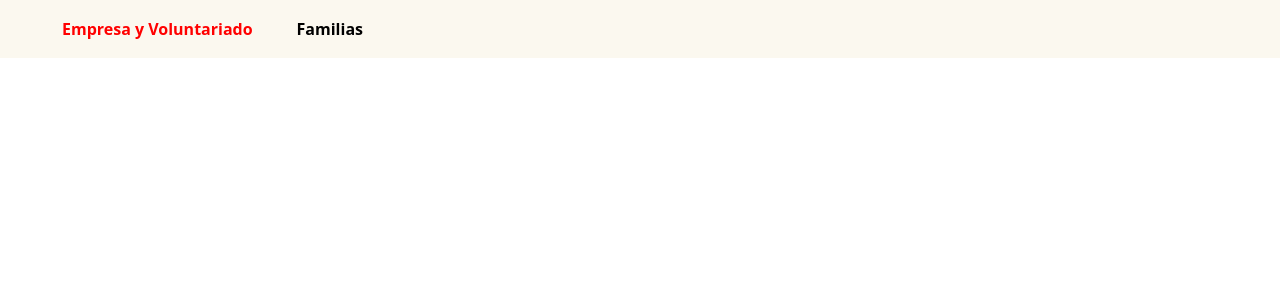
Repository: Synergy-club/reconstruction
Page: /
These files come from the project's save history. The page is drawn as it stood at one moment and after the next save; the edit follows.
The browser window is 1280 px wide. The pictures show the whole page.
The project was rebuilt for these pictures with package versions that can differ from the ones it lists, and the page was loaded fresh each time. Also part of the build but not shown: vite.config.js, src/views/Families/Families.jsx.

Above is the page before, as saved 2024-12-10 02:09:15.

### index.html
<!DOCTYPE html>
<html lang="en">
  <head>
    <meta charset="UTF-8" />
    <link rel="icon" type="image/svg+xml" href="/vite.svg" />
    <meta name="viewport" content="width=device-width, initial-scale=1.0 user-scalable=no" />
    <meta name="description" content="Agrupación de profesionales de primer nivel de los sectores de la logística, arquitectura y construcción unidos para gestionar y coordinar los esfuerzos de reconstrucción tras las inundaciones. Garantizando la trazabilidad y transparencia de las donaciones.
      La emisión de certificados inmediatos de donaciones así como los reconocimientos al voluntariado se harán bajo el paraguas de Fundación Synergy Club internacional, una plataforma abierta que suma acciones de asociaciones y fundaciones. Siempre y todas ellas sin ninguna vinculación política y sin ánimo de lucro.
      Esta iniciativa está abierta a todos los profesionales, voluntarios y héroes vecinales que necesitan o pueden aportar recursos eficientes y de calidad para la reconstrucción.
      Nos apoyamos y promovemos las agrupaciones improvisadas de vecinos de las zonas afectadas por la catástrofe que han reaccionado y son un referente de ayuda inmediata y conocimiento real de las situaciones de sus vecinos."
    />
    <meta name="author" content="Synergy Clubs International" />
    <title>Reconstrucción Valencia</title>
  </head>
  <body>
    <div id="root"></div>
    <script type="module" src="/src/main.jsx"></script>
  </body>
</html>

### src/main.jsx
import { StrictMode } from 'react'
import { createRoot } from 'react-dom/client'
import { BrowserRouter } from 'react-router-dom'
import './assets/global-style/style.css'
import App from './App.jsx'
import { ReducerProvider } from './contexts/ReducerContext.jsx'
import { ReferenceProvider } from './contexts/ReferenceContext.jsx'

createRoot(document.getElementById('root')).render(
  <StrictMode>
    <BrowserRouter>
      <ReducerProvider>
        <ReferenceProvider>
          <App />
        </ReferenceProvider>
      </ReducerProvider>
    </BrowserRouter>
  </StrictMode>
)

### src/assets/global-style/style.css
:root {
  /* BACKGROUND COLOR */
  --sci-bg-dark: #222222;
  --sci-bg-white: #ffffff;
  --sci-primary-blue: #78b3ce;
  --sci-light-blue: #c9e6f0;
  --sci-light-cream: #fbf8ef;
  --sci-accent-orange: #f96e2a;

  /*FONT*/
  --sci-font-main: sans-serif;

  /*COLOR TEXT*/
  --sci-text-dark: #222222;
  --sci-text-white: #ffffff;
  --sci-text-orange: #f96e2a;

  /*SPACING AND ROUNDED*/
  --sci-spacing-xs: 8px;
  --sci-spacing-s: 12px;
  --sci-spacing-m: 16px;
  --sci-spacing-l: 24px;
  --sci-spacing-xl: 48px;

  /*FONT SIZE*/
  --sci-font-size-xs: 12px;
  --sci-font-size-s: 16px;
  --sci-font-size-m: 18px;
  --sci-font-size-l: 22px;
  --sci-font-size-xl: 28px;
}
* {
  margin: 0;
  padding: 0;
  box-sizing: border-box;
  font-family: system-ui, -apple-system, BlinkMacSystemFont, 'Segoe UI', Roboto,
    Oxygen, Ubuntu, Cantarell, 'Open Sans', 'Helvetica Neue', sans-serif;
}

html {
  scroll-behavior: smooth;
}
h1,
h2,
h3,
h4,
h5 {
  font-size: var(--sci-font-size-xl);
}
p,
button,
li {
  font-size: var(--sci-font-size-m);
}

ul {
  list-style-type: disc;
  padding-left: 20px;
}
a {
  text-decoration: none;
}
.button {
  cursor: pointer;
  background: none;
  padding: var(--sci-spacing-xs) var(--sci-spacing-s);
  border: none;
  color:var(--sci-text-dark);
  transition: all 0.2s ease-in;
  display: flex;
  justify-content: center;
  align-items: center;
  gap: 8px;
  font-weight: 600;
}

.button:hover {
  color:var(--sci-text-orange);

}

@keyframes fadeInUp {
  0% {
    opacity: 0;
    transform: translateY(20px);
  }
  100% {
    opacity: 1;
    transform: translateY(0);
  }
}

.fadeIn {
  opacity: 1;
  animation: fadeInUp 0.5s ease-in;
}

@keyframes show {
  from {
    opacity: 0;
    scale: 50%;
  }
  to {
    opacity: 1;
    scale: 100%;
  }
}

@media (max-width: 850px) {
  h1,
  h2,
  h3,
  h4,
  h5 {
    font-size: var(--sci-font-size-xl);
  }

  button,
  li,
  p {
    font-size: var(--sci-font-size-s);
    line-height: 20px;
  }
}

@media (max-width: 400px) {
  h1,
  h2,
  h3,
  h4,
  h5 {
    font-size: var(--sci-font-size-xl);
  }
  li,
  button,
  a {
    font-size: var(--sci-font-size-s);
  }
  p {
    font-size: 14px;
  }
}

### src/App.jsx
import { Route, Routes } from 'react-router-dom'
import Layout from './layout/Layout'
import Workforce  from './views/Workforce/Workforce '
import Families from './views/Families/Families'
import NotFound from './views/404/NotFound'

const App = () => {
  return (
    <Routes>
      <Route path='/' element={<Layout />}>
        <Route index element={<Workforce  />} />
        <Route path='familias' element={<Families />} />
        {/*ERROR LINK*/}
        <Route path='*' element={<NotFound />} />
        <Route />
      </Route>
    </Routes>
  )
}

export default App

### src/contexts/ReducerContext.jsx
import { createContext } from 'react'

export const ReducerContext = createContext()
export const ReducerProvider = ({children}) => {
  return (
    <ReducerContext.Provider value={{}}>{ children }</ReducerContext.Provider>
  )
}

### src/contexts/ReferenceContext.jsx
import { createContext } from 'react'

export const ReferenceContext = createContext()

export const ReferenceProvider = ({ children }) => {
  return <ReferenceContext.Provider value={{}}>{children}</ReferenceContext.Provider>
}

### src/layout/Layout.jsx

import { Fragment } from 'react'
import { Outlet } from 'react-router-dom'
import Header from '../components/Header/Header'

const Layout = () => {
  return (
    <Fragment>
    <header><Header /></header>
    <div>
      <Outlet />

    </div>
    </Fragment>
  )
}

export default Layout

### src/views/Workforce/Workforce .jsx
import Container from '../../components/Container/Container'
import { workforceContent } from './utils/workforece'

const Workforce = () => {
  return (
    <section>
      <div>
        <Container arrayContent={workforceContent} />
      </div>
    </section>
  )
}

export default Workforce

### src/views/404/NotFound.jsx
import React, { useEffect } from 'react'
import { useNavigate } from 'react-router-dom'

const NotFound = () => {
  const navigate = useNavigate()
  useEffect(() => {
    const timeout = setTimeout(() => {
      navigate('../')
    }, 300)
    return () => clearTimeout(timeout)
  }, [navigate])
}

export default NotFound

### src/components/Header/Header.jsx
import { NavLink } from 'react-router-dom'
import './Header.css'

const Header = () => {
  return (
    <nav className='nav__container'>
      <NavLink
        to='/'
        className={({ isActive }) =>
          `button ${
            isActive ? 'nav__content-link active' : 'nav__content-link'
          }`
        }
      >
        Empresa y Voluntariado
      </NavLink>
      <NavLink
        to='/familias'
        className={({ isActive }) =>
          `button ${isActive ? 'nav__content-link active' : 'nav__content-link'
          }`
        }
      >
        Familias
      </NavLink>
    </nav>
  )
}

export default Header

### src/components/Container/Container.jsx
import React from 'react'

const Container = ({arrayContent}) => {
  console.log(arrayContent);

  return (
    <div></div>
  )
}

export default Container

### src/views/Workforce/utils/workforece.js
export const workforceContent = {
  body: {
    title: 'Reconstrucción en Acción',
    description:
      'Reconstrucción en Acción: Juntos lo estamos haciendo posible.',
    description_:
      'Esta sección está enfocada en la gestión logística y las acciones de reconstrucción en curso, mostrando lo que se está haciendo para la recuperación de la zona.',
    helmet: '' /* Palabras claves para google */
  },
  donationBoxes: [
    {
      title: 'Plataforma Logística',
      description:
        'Descripción: Centro de distribución de materiales de construcción y gestión de recursos.',
      additional_:
        'Acción: Asegura que los materiales lleguen de manera eficiente a las familias y a las obras de reconstrucción.',
      link: '',
      image: '',
      button_text: 'Donar Materiales',
      span: ''
    },
    {
      title: 'Coordinación de Trabajos y Oficios',
      description:
        'Descripción: Gestión de proyectos de obra, asignación de voluntarios y coordinación de los oficios profesionales (albañiles, carpinteros, electricistas, etc.).',
      additional_:
        'Acción: Se coordina la ejecución de la obra y la asignación de mano de obra profesional.',
      link: '',
      image: '',
      button_text: 'Donar Mano de Obra',
      span: ''
    },
    {
      title: 'Arquitectura, Peritaciones y Proyectos:',
      description:
        'Descripción: Colaboración con el Instituto Valenciano de Edificación, arquitectos y peritos que elaboran proyectos de reconstrucción y brindan asesoramiento técnico.',
      additional_:
        'Acción: Se ofrecen servicios de arquitectura, peritaciones y elaboración de proyectos.',
      link: '',
      image: '',
      button_text: 'Donar trabajos técnicos',
      span: 'Arquitectos y arquitectos técnicos, trabajadores sociales para gestión de ayudas.'
    },
    {
      title: 'Materiales de Obra y Equipamiento:',
      description:
        'Descripción: Donación de materiales de construcción y equipamiento, tanto de personas particulares como de empresas.',
      additional_:
        'Acción: Se reciben donaciones de materiales para las obras de reconstrucción.',
      link: '',
      image: '',
      button_text: 'Donar Materiales',
      span: ''
    },
    {
      title: 'Voluntarios y Mano de Obra:',
      description:
        'Descripción: Donación de tiempo de voluntarios para colaborar en la reconstrucción de las viviendas.',
      additional_:
        'Acción: Se solicitan voluntarios para tareas de limpieza, reparación y reconstrucción de viviendas.',
      link: '',
      image: '',
      button_text: 'Donar Voluntariado',
      span: ''
    },
    {
      title: 'Vehículos y Transporte:',
      description:
        'Descripción: aportación  de vehículos con o sin conductor para transportar materiales y/o mano de obra a las zonas afectadas y facilitar la reconstrucción.',
      additional_:
        'Acción: donación de vehículos y tiempo de uso para el transporte de materiales.',
      link: '',
      image: '',
      button_text: 'Donar o compartir medios de transporte',
      span: ''
    }
  ]
}

### src/components/Header/Header.css
.nav__container{
  width:100%;
  padding: 10px 50px;
  background-color: var(--sci-light-cream);
  display: flex;
  justify-content: start;
  align-items: center;
  gap:20px;
}

.nav__content-link {
  color: black;
  text-decoration: none;
}

.nav__content-link.active {
  color: red; /* Cambia a tu color preferido */
}

After the next save:
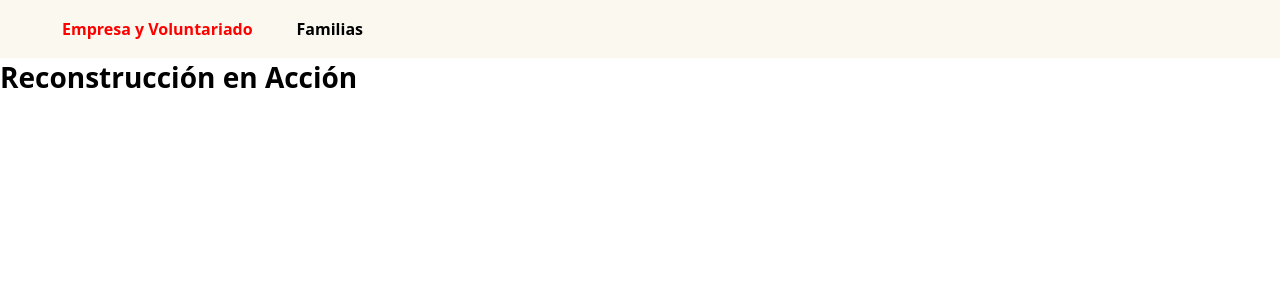
Saved 38 s later.
--- a/src/components/Container/Container.jsx
+++ b/src/components/Container/Container.jsx
@@ -2,9 +2,13 @@ import React from 'react'
 
 const Container = ({arrayContent}) => {
   console.log(arrayContent);
+  const {body, donation} = arrayContent
 
   return (
-    <div></div>
+    <div>
+      <h1>{body.title}</h1>
+
+    </div>
   )
 }
 
